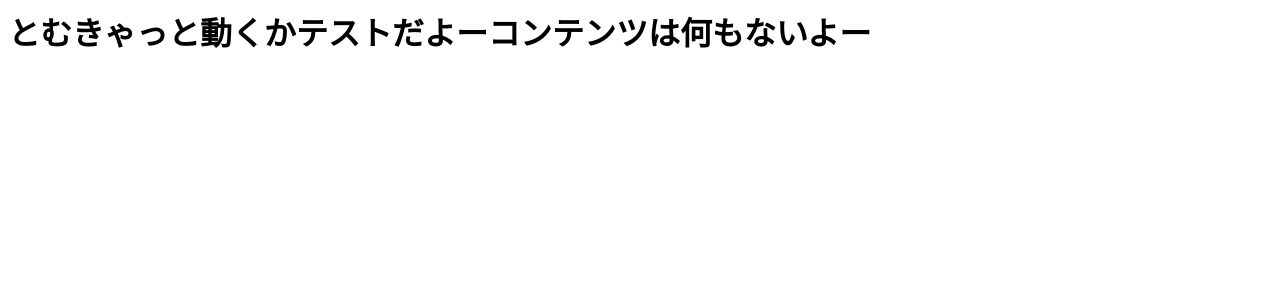
Repository: lunalice/01_START
Page: http://localhost/hello_world_now/
These files come from the project's save history. The page is drawn as it stood at one moment and after the next save; the edit follows.
The browser window is 1280 px wide. The pictures show the whole page.
The page is served by Tomcat 9. Other server files are loaded and not shown.

Above is the page before, as saved 2018-02-06 01:20:12.

### eclipse-workspace/hello_world_now/WebContent/index.jsp
<%@ page language="java" contentType="text/html; charset=UTF-8"
    pageEncoding="UTF-8"%>
<!DOCTYPE html">
<html>
<head>
<meta http-equiv="Content-Type" content="text/html; charset=UTF-8">
<title>おはこんばんにちはー！！！</title>
</head>
<body>
<h1>とむきゃっと動くかテストだよーコンテンツは何もないよー</h1>
</body>
</html>

After the next save:
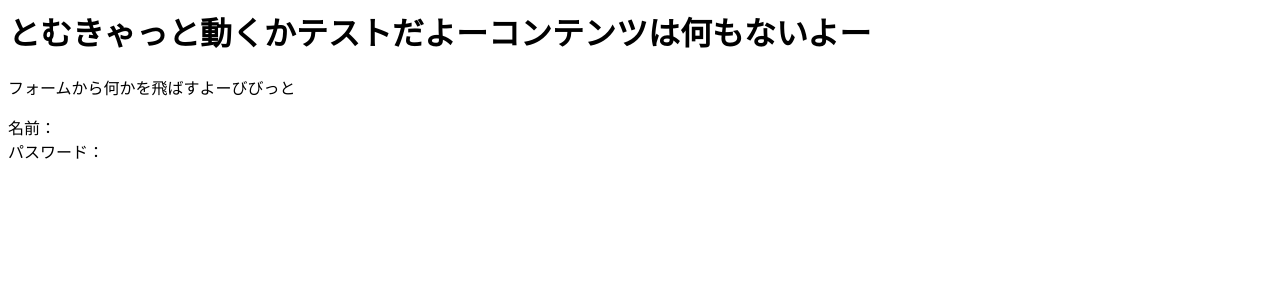
Saved 78 s later.
--- a/eclipse-workspace/hello_world_now/WebContent/index.jsp
+++ b/eclipse-workspace/hello_world_now/WebContent/index.jsp
@@ -8,5 +8,10 @@
 </head>
 <body>
 <h1>とむきゃっと動くかテストだよーコンテンツは何もないよー</h1>
+<p>フォームから何かを飛ばすよーびびっと</p>
+<form>
+名前：</br>
+パスワード：</br>
+</form>
 </body>
 </html>
